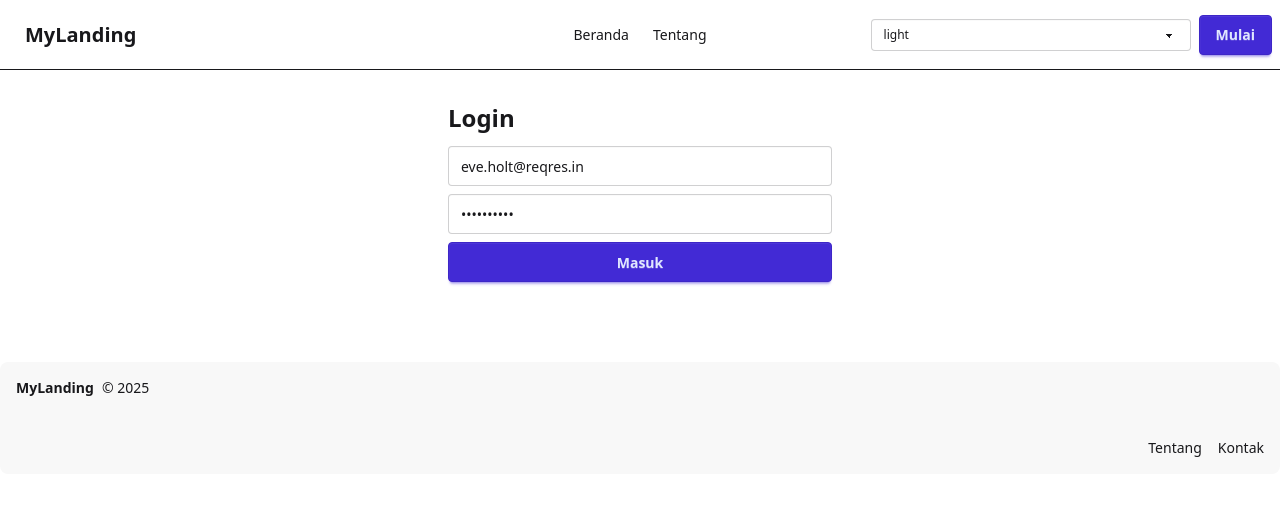
Repository: khulqu15/reactjs-learn
Page: /login (app in day3/)
These files come from the project's save history. The page is drawn as it stood at one moment and after the next save; the edit follows.
The browser window is 1280 px wide. The pictures show the whole page.
The project was rebuilt for these pictures with package versions that can differ from the ones it lists, and the page was loaded fresh each time. Also part of the build but not shown: day3/vite.config.js, day3/src/components/Hero.jsx, day3/src/pages/Home.jsx, day3/src/pages/About.jsx, day3/src/routes/ProtectedRoute.jsx, day3/src/pages/Register.jsx, day3/src/pages/Weather.jsx.

Above is the page before, as saved 2025-09-25 00:17:22.

### day3/src/App.jsx
import { BrowserRouter, Routes, Route } from "react-router-dom";
import DefaultLayout from "./layouts/DefaultLayout";
import Home from "./pages/Home";
import About from "./pages/About";
import AuthProvider from "./context/AuthContext";
import ProtectedRoute from "./routes/ProtectedRoute";
import Login from "./pages/Login";
import Register from "./pages/Register";
import Weather from "./pages/Weather";

export default function App() {
  return (
    <AuthProvider>
      <BrowserRouter>
        <Routes>
          <Route element={<DefaultLayout />}>
            <Route index element={<Home />} />
            <Route path="/about" element={<About />} />
            <Route path="/login" element={<Login />} />
            <Route path="/register" element={<Register />} />
            <Route path="/weather" element={
              <ProtectedRoute><Weather/></ProtectedRoute>
            } />
          </Route>
        </Routes>
      </BrowserRouter>
    </AuthProvider>
  );
}

### day3/src/layouts/DefaultLayout.jsx
import { Outlet } from "react-router-dom";
import Navbar from "../components/Navbar";
import Footer from "../components/Footer";

export default function DefaultLayout() {
  return (
    <div className="min-h-screen w-full bg-base-100 text-base-content">
      <Navbar />
      <main className="container mx-auto px-4 py-8">
        <Outlet />
      </main>
      <Footer />
    </div>
  );
}

### day3/src/context/AuthContext.jsx
import { createContext, useContext, useState } from "react";
const AuthCtx = createContext(null);
export const useAuth = () => useContext(AuthCtx);

export default function AuthProvider({ children }) {
  const [token, setToken] = useState(() => localStorage.getItem("token"));

  const login = (t) => { setToken(t); localStorage.setItem("token", t); };
  const logout = () => { setToken(null); localStorage.removeItem("token"); };

  return (
    <AuthCtx.Provider value={{ token, login, logout }}>
      {children}
    </AuthCtx.Provider>
  );
}

### day3/src/pages/Login.jsx
import { useState } from "react";
import api from "../lib/axios";
import { useAuth } from "../context/AuthContext";
import { useNavigate } from "react-router-dom";

export default function Login() {
  const [email, setEmail] = useState("eve.holt@reqres.in");
  const [password, setPassword] = useState("cityslicka");
  const [loading, setLoading] = useState(false);
  const [err, setErr] = useState("");
  const { login } = useAuth();
  const nav = useNavigate();

  async function onSubmit(e) {
    e.preventDefault(); setErr(""); setLoading(true);
    try {
      const { data } = await api.post("https://reqres.in/api/login", { email, password });
      login(data.token);
      nav("/weather");
    } catch (e) {
      setErr("Login gagal. Coba email/password contoh di atas.");
    } finally { setLoading(false); }
  }

  return (
    <div className="max-w-sm mx-auto space-y-3">
      <h1 className="text-2xl font-bold">Login</h1>
      <form onSubmit={onSubmit} className="space-y-2">
        <input className="input input-bordered w-full" placeholder="Email"
               value={email} onChange={e=>setEmail(e.target.value)} />
        <input className="input input-bordered w-full" placeholder="Password" type="password"
               value={password} onChange={e=>setPassword(e.target.value)} />
        <button className={`btn ${loading?'btn-disabled':'btn-primary'} w-full`}>
          {loading ? "..." : "Masuk"}
        </button>
      </form>
      {err && <div className="alert alert-error">{err}</div>}
    </div>
  );
}

### day3/src/components/Navbar.jsx
import { useState } from "react";
import { Link, NavLink } from "react-router-dom";
import ThemeToggle from "./ThemeToggle";

export default function Navbar() {
  const [open, setOpen] = useState(false);

  const linkClass = ({ isActive }) =>
    `px-3 py-2 rounded-lg ${isActive ? "bg-base-200" : "hover:bg-base-200"}`;

  return (
    <div className="navbar bg-base-100 border-b sticky top-0 z-40">
      <div className="navbar-start">
        <div className="dropdown">
          <button className="btn btn-ghost md:hidden" onClick={() => setOpen((v) => !v)} aria-label="Toggle menu">
            ☰
          </button>
          {open && (
            <ul className="menu menu-sm dropdown-content mt-3 z-[1] p-2 shadow bg-base-100 rounded-box w-52">
              <li><NavLink to="/" onClick={() => setOpen(false)} className={linkClass}>Beranda</NavLink></li>
              <li><NavLink to="/about" onClick={() => setOpen(false)} className={linkClass}>Tentang</NavLink></li>
            </ul>
          )}
        </div>

        <Link to="/" className="btn btn-ghost text-xl">MyLanding</Link>
      </div>

      <div className="navbar-center hidden md:flex">
        <ul className="menu menu-horizontal px-1">
          <li><NavLink to="/" className={linkClass}>Beranda</NavLink></li>
          <li><NavLink to="/about" className={linkClass}>Tentang</NavLink></li>
        </ul>
      </div>

      <div className="navbar-end gap-2">
        <ThemeToggle />
        <Link to="#contact" className="btn btn-primary">Mulai</Link>
      </div>
    </div>
  );
}

### day3/src/components/Footer.jsx
import { Link } from "react-router-dom";

export default function Footer() {
  return (
    <footer className="footer items-center p-4 mt-12 bg-base-200 text-base-content rounded-box">
      <aside className="items-center grid-flow-col">
        <span className="font-semibold">MyLanding</span>
        <p>© {new Date().getFullYear()}</p>
      </aside>
      <nav className="grid-flow-col gap-4 md:place-self-center md:justify-self-end">
        <Link className="link link-hover" to="/about">Tentang</Link>
        <a className="link link-hover" href="#contact">Kontak</a>
      </nav>
    </footer>
  );
}

### day3/src/lib/axios.js
import axios from "axios";

const api = axios.create({ timeout: 10000 });

api.interceptors.request.use((config) => {
  const token = localStorage.getItem("token");
  if (token) config.headers.Authorization = `Bearer ${token}`;
  return config;
});

export default api;

### day3/src/components/ThemeToggle.jsx
import { useEffect, useState } from "react";

const THEMES = ["light", "dark", "cupcake"];

export default function ThemeToggle({ className = "" }) {
  const [theme, setTheme] = useState(() => localStorage.getItem("theme") || "light");

  useEffect(() => {
    document.documentElement.setAttribute("data-theme", theme);
    localStorage.setItem("theme", theme);
  }, [theme]);

  return (
    <select
      className={`select select-bordered select-sm ${className}`}
      value={theme}
      onChange={(e) => setTheme(e.target.value)}
      aria-label="Pilih tema"
    >
      {THEMES.map((t) => (
        <option key={t} value={t}>{t}</option>
      ))}
    </select>
  );
}

Loaded but not shown: day3/index.html (common file); day3/src/main.jsx (common file); day3/src/index.css (common file)

After the next save:
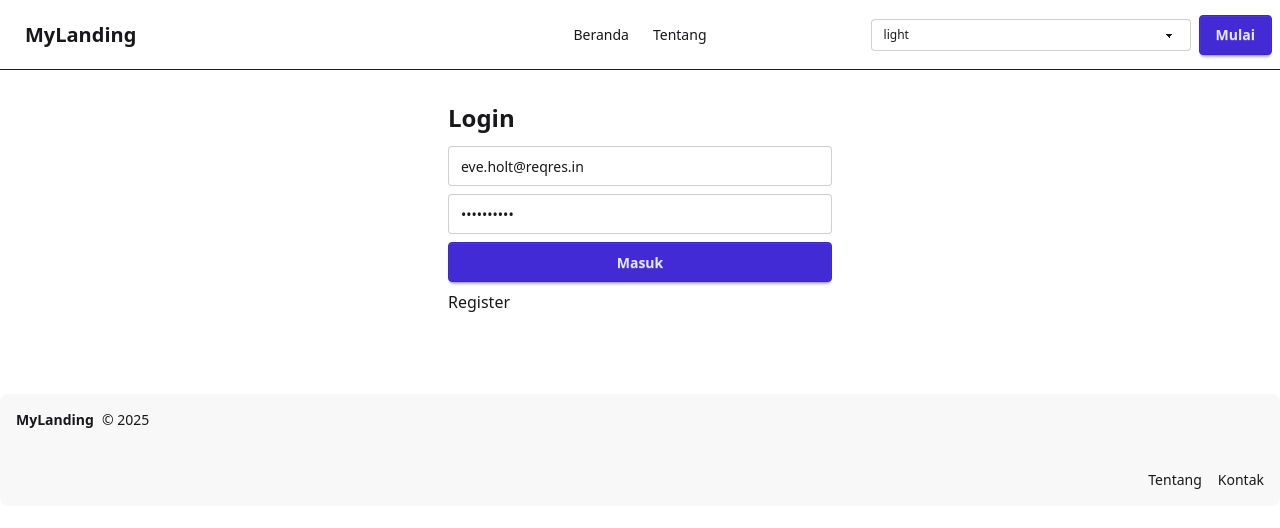
Saved 80 s later.
--- a/day3/src/pages/Login.jsx
+++ b/day3/src/pages/Login.jsx
@@ -33,6 +33,7 @@ export default function Login() {
         <button className={`btn ${loading?'btn-disabled':'btn-primary'} w-full`}>
           {loading ? "..." : "Masuk"}
         </button>
+        <a href="/register">Register</a>
       </form>
       {err && <div className="alert alert-error">{err}</div>}
     </div>
